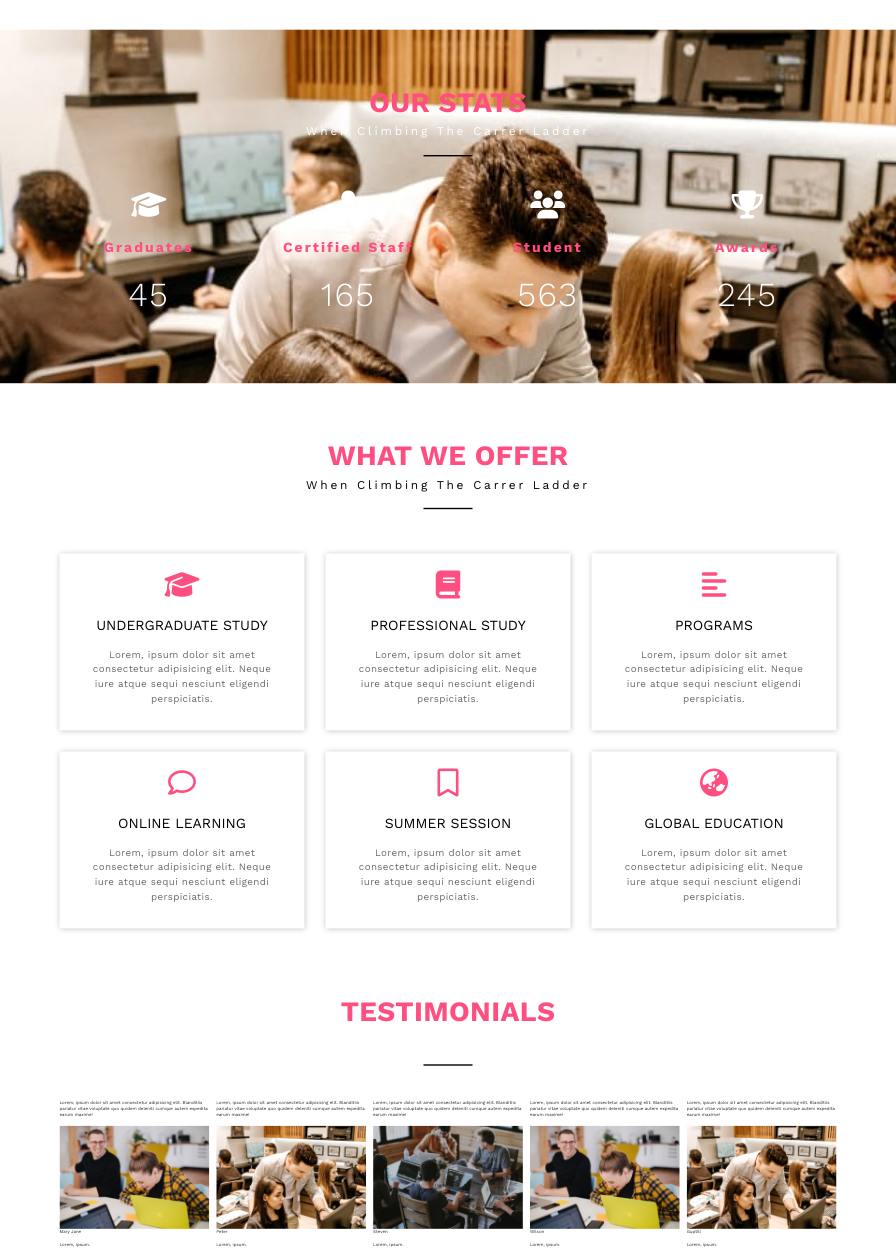
Repository: tudo1611/BC44_BOOTSTRAP_B7_INSTRUCTION_DO-TRUNG-TU
Page: index.html
These files come from the project's save history. The page is drawn as it stood at one moment and after the next save; the edit follows.
The browser window is 1280 px wide. The pictures show the part of the page from y = 1759 to 3679 px (the page is 3553 px tall before and 3679 px after), at 70% of full size.
Backgrounds fixed to the window are drawn as part of the page.

Above is the page before, as saved 2023-01-20 14:20:46.

### index.html
<!DOCTYPE html>
<html lang="en">
  <head>
    <meta charset="UTF-8" />
    <meta http-equiv="X-UA-Compatible" content="IE=edge" />
    <meta name="viewport" content="width=device-width, initial-scale=1.0" />
    <title>Instruction Cyber</title>
    <!-- bs4 css  -->
    <link
      rel="stylesheet"
      href="https://cdn.jsdelivr.net/npm/bootstrap@4.5.3/dist/css/bootstrap.min.css"
      integrity="sha384-TX8t27EcRE3e/ihU7zmQxVncDAy5uIKz4rEkgIXeMed4M0jlfIDPvg6uqKI2xXr2"
      crossorigin="anonymous"
    />
    <!-- font awesome -->
    <link
      rel="stylesheet"
      href="https://cdnjs.cloudflare.com/ajax/libs/font-awesome/6.2.1/css/all.min.css"
      integrity="sha512-MV7K8+y+gLIBoVD59lQIYicR65iaqukzvf/nwasF0nqhPay5w/9lJmVM2hMDcnK1OnMGCdVK+iQrJ7lzPJQd1w=="
      crossorigin="anonymous"
      referrerpolicy="no-referrer"
    />
    <!-- font gg  -->
    <link rel="preconnect" href="https://fonts.googleapis.com" />
    <link rel="preconnect" href="https://fonts.gstatic.com" crossorigin />
    <link
      href="https://fonts.googleapis.com/css2?family=Work+Sans:wght@300;400;700&display=swap"
      rel="stylesheet"
    />
    <!-- owl carousel  -->
    <link rel="stylesheet" href="./css/owl.carousel.min.css" />
    <link rel="stylesheet" href="./css/owl.theme.default.min.css" />
    <!-- main css -->
    <link rel="stylesheet" href="./css/index.css" />
  </head>
  <body>
    <!-- header  -->
    <header>
      <div
        class="header__top d-flex justify-content-between align-items-center py-2 container-fluid"
      >
        <div class="header__left">
          <a href="tel:0961051014" class="text-white mr-4"
            ><i class="fa-solid fa-phone"></i> 096.105.1014</a
          >
          <a href="mailto:info@cybersoft.edu.vn" class="text-white"
            ><i class="fa-regular fa-envelope"></i> info@cybersoft.edu.vn</a
          >
        </div>
        <div class="header__right">
          <a href="#"><i class="fab fa-facebook-f"></i></a>
          <a href="#"><i class="fab fa-twitter"></i></a>
          <a href=""><i class="fab fa-pinterest"></i></a>
          <a href=""><i class="fab fa-linkedin-in"></i></a>
        </div>
      </div>
      <nav class="navInstruction navbar navbar-expand-lg container">
        <a class="navbar-brand text-center" href="#">
          <p class="mb-0"><i class="fa fa-book"></i> INSTRUCTION</p>
          <p class="mb-0">EDUCATION</p>
        </a>
        <button
          class="navbar-toggler"
          type="button"
          data-toggle="collapse"
          data-target="#navbarInstruction"
          aria-controls="navbarNavDropdown"
          aria-expanded="false"
          aria-label="Toggle navigation"
        >
          <i class="fa fa-bars"></i>
        </button>
        <div class="collapse navbar-collapse" id="navbarInstruction">
          <ul class="navbar-nav ml-auto">
            <li class="nav-item active">
              <a class="nav-link" href="#"
                >HOME <span class="sr-only">(current)</span></a
              >
            </li>
            <li class="nav-item">
              <a class="nav-link" href="#">ABOUT</a>
            </li>
            <li class="nav-item">
              <a class="nav-link" href="#">SERVICES</a>
            </li>
            <li class="nav-item">
              <a class="nav-link" href="#">GALLERY</a>
            </li>
            <li class="nav-item dropdown">
              <a
                class="nav-link dropdown-toggle"
                href="#"
                id="navbarDropdownMenuLink"
                role="button"
                data-toggle="dropdown"
                aria-haspopup="true"
                aria-expanded="false"
              >
                PAGES
              </a>
              <div
                class="dropdown-menu"
                aria-labelledby="navbarDropdownMenuLink"
              >
                <a class="dropdown-item" href="#">Codes</a>
                <a class="dropdown-item" href="#">Icons</a>
              </div>
            </li>
            <li class="nav-item">
              <a class="nav-link" href="#">CONTACT</a>
            </li>
          </ul>
        </div>
      </nav>
    </header>
    <!-- carousel -->
    <section class="cyberCarousel">
      <div id="carouselCyber" class="carousel slide" data-ride="carousel">
        <ol class="carousel-indicators">
          <li
            data-target="#carouselCyber"
            data-slide-to="0"
            class="active"
          ></li>
          <li data-target="#carouselCyber" data-slide-to="1"></li>
          <li data-target="#carouselCyber" data-slide-to="2"></li>
        </ol>
        <div class="carousel-inner">
          <div class="carousel-item active">
            <img src="./img/g1.jpg" class="d-block w-100" alt="..." />
            <div class="container carousel-caption d-none d-md-block">
              <h1>Graphic Work Designing.</h1>
              <p>
                Any successful career statrs with good education. Together with
                us you will have deeper knownledge of the subjects
              </p>
              <button class="btn">
                Read More <i class="fa fa-angle-double-right"></i>
              </button>
            </div>
          </div>
          <div class="carousel-item">
            <img src="./img/g2.jpg" class="d-block w-100" alt="..." />
            <div class="container carousel-caption d-none d-md-block">
              <h1>Financial Analyst Course.</h1>
              <p>
                Any successful career statrs with good education. Together with
                us you will have deeper knownledge of the subjects
              </p>
              <button class="btn">
                Read More <i class="fa fa-angle-double-right"></i>
              </button>
            </div>
          </div>
          <div class="carousel-item">
            <img src="./img/g3.jpg" class="d-block w-100" alt="..." />
            <div class="container carousel-caption d-none d-md-block">
              <h1>Digital Marketing Course.</h1>
              <p>
                Any successful career statrs with good education. Together with
                us you will have deeper knownledge of the subjects
              </p>
              <button class="btn">
                Read More <i class="fa fa-angle-double-right"></i>
              </button>
            </div>
          </div>
        </div>
        <a
          class="carousel-control-prev"
          href="#carouselCyber"
          role="button"
          data-slide="prev"
        >
          <span class="carousel-control-prev-icon" aria-hidden="true"></span>
          <span class="sr-only">Previous</span>
        </a>
        <a
          class="carousel-control-next"
          href="#carouselCyber"
          role="button"
          data-slide="next"
        >
          <span class="carousel-control-next-icon" aria-hidden="true"></span>
          <span class="sr-only">Next</span>
        </a>
      </div>
    </section>
    <!-- welcome  -->
    <section class="welcome section">
      <div class="heading">
        <h2>WELCOME TO EDUCATION</h2>
        <p>When Climbing The Carrer Ladder</p>
      </div>
      <div class="welcome__content">
        <p>
          Lorem ipsum dolor sit amet consectetur adipisicing elit. Sed ut eaque
          voluptatem officiis dolorem? Dolore, quia. Id deleniti in tenetur!
        </p>
        <div class="welcome__courses container">
          <div class="row">
            <div class="welcome__col col-4 border border-dark">
              <div class="welcome__item">
                <i class="fa fa-desktop"></i>
                <h3>Design Course</h3>
                <h4>Fashion Design</h4>
                <p>Lorem ipsum dolor sit amet.</p>
                <h4>Interior Design</h4>
                <p>Lorem ipsum dolor sit amet.</p>
                <h4>Graphic Design</h4>
                <p>Lorem ipsum dolor sit amet.</p>
              </div>
            </div>
            <div class="welcome__col col-4 border border-dark">
              <div class="welcome__item">
                <i class="fa fa-arrows-alt"></i>
                <h3>Marketing Course</h3>
                <h4>Facebook Marketing</h4>
                <p>Lorem ipsum dolor sit amet.</p>
                <h4>Youtube Marketing</h4>
                <p>Lorem ipsum dolor sit amet.</p>
                <h4>Twitter Marketing</h4>
                <p>Lorem ipsum dolor sit amet.</p>
              </div>
            </div>
            <div class="welcome__col col-4 border border-dark">
              <div class="welcome__item">
                <i class="fa fa-chart-bar"></i>
                <h3>Financial Course</h3>
                <h4>Complexities Of Banking</h4>
                <p>Lorem ipsum dolor sit amet.</p>
                <h4>Compliance Regulation</h4>
                <p>Lorem ipsum dolor sit amet.</p>
                <h4>Finance Products</h4>
                <p>Lorem ipsum dolor sit amet.</p>
              </div>
            </div>
          </div>
        </div>
      </div>
    </section>
    <!-- our stats  -->
    <section class="ourStats section">
      <div class="heading heading--white">
        <h2>OUR STATS</h2>
        <p>When Climbing The Carrer Ladder</p>
      </div>
      <div class="outStats__content container">
        <div class="row">
          <div class="col-3">
            <div class="ourStats__item">
              <i class="fa fa-graduation-cap"></i>
              <h3>Graduates</h3>
              <p>45</p>
            </div>
          </div>
          <div class="col-3">
            <div class="ourStats__item">
              <i class="fa fa-user"></i>
              <h3>Certified Staff</h3>
              <p>165</p>
            </div>
          </div>
          <div class="col-3">
            <div class="ourStats__item">
              <i class="fa fa-users"></i>
              <h3>Student</h3>
              <p>563</p>
            </div>
          </div>
          <div class="col-3">
            <div class="ourStats__item">
              <i class="fa fa-trophy"></i>
              <h3>Awards</h3>
              <p>245</p>
            </div>
          </div>
        </div>
      </div>
    </section>
    <!-- offer -->
    <section class="offer section">
      <div class="heading">
        <h2>WHAT WE OFFER</h2>
        <p>When Climbing The Carrer Ladder</p>
      </div>
      <div class="offer__content container">
        <div class="row">
          <div class="col-4 offer__col">
            <div class="offer__item">
              <i class="fa fa-graduation-cap"></i>
              <h3>UNDERGRADUATE STUDY</h3>
              <p>
                Lorem, ipsum dolor sit amet consectetur adipisicing elit. Neque
                iure atque sequi nesciunt eligendi perspiciatis.
              </p>
            </div>
          </div>
          <div class="col-4 offer__col">
            <div class="offer__item">
              <i class="fa fa-book"></i>
              <h3>PROFESSIONAL STUDY</h3>
              <p>
                Lorem, ipsum dolor sit amet consectetur adipisicing elit. Neque
                iure atque sequi nesciunt eligendi perspiciatis.
              </p>
            </div>
          </div>
          <div class="col-4 offer__col">
            <div class="offer__item">
              <i class="fa fa-align-left"></i>
              <h3>PROGRAMS</h3>
              <p>
                Lorem, ipsum dolor sit amet consectetur adipisicing elit. Neque
                iure atque sequi nesciunt eligendi perspiciatis.
              </p>
            </div>
          </div>
          <div class="col-4 offer__col">
            <div class="offer__item">
              <i class="fa-regular fa-comment"></i>
              <h3>ONLINE LEARNING</h3>
              <p>
                Lorem, ipsum dolor sit amet consectetur adipisicing elit. Neque
                iure atque sequi nesciunt eligendi perspiciatis.
              </p>
            </div>
          </div>
          <div class="col-4 offer__col">
            <div class="offer__item">
              <i class="fa-regular fa-bookmark"></i>
              <h3>SUMMER SESSION</h3>
              <p>
                Lorem, ipsum dolor sit amet consectetur adipisicing elit. Neque
                iure atque sequi nesciunt eligendi perspiciatis.
              </p>
            </div>
          </div>
          <div class="col-4 offer__col">
            <div class="offer__item">
              <i class="fa fa-globe-asia"></i>
              <h3>GLOBAL EDUCATION</h3>
              <p>
                Lorem, ipsum dolor sit amet consectetur adipisicing elit. Neque
                iure atque sequi nesciunt eligendi perspiciatis.
              </p>
            </div>
          </div>
        </div>
      </div>
    </section>
    <!-- feedback -->
    <section class="feedback">
      <div class="heading heading--white">
        <h2>TESTIMONIALS</h2>
        <p>When Climbing The Carrer Ladder</p>
      </div>
      <div class="container">
        <div class="feedback__content">
          <div class="owl-carousel owl-theme">
            <div class="item">
              <div class="feedback__top">
                <p>Lorem, ipsum dolor sit amet consectetur adipisicing elit. Blanditiis pariatur vitae voluptate quo quidem deleniti cumque autem expedita earum maxime!</p>
              </div>
              <div class="feedback__bottom">
                <img src="./img/g1.jpg" alt="">
                <div class="feedback__name">
                  <p>Mary Jane</p>
                  <p>Lorem, ipsum.</p>
                </div>
              </div>
            </div>
            <div class="item">
              <div class="feedback__top">
                <p>Lorem, ipsum dolor sit amet consectetur adipisicing elit. Blanditiis pariatur vitae voluptate quo quidem deleniti cumque autem expedita earum maxime!</p>
              </div>
              <div class="feedback__bottom">
                <img src="./img/g2.jpg" alt="">
                <div class="feedback__name">
                  <p>Peter</p>
                  <p>Lorem, ipsum.</p>
                </div>
              </div>
            </div>
            <div class="item">
              <div class="feedback__top">
                <p>Lorem, ipsum dolor sit amet consectetur adipisicing elit. Blanditiis pariatur vitae voluptate quo quidem deleniti cumque autem expedita earum maxime!</p>
              </div>
              <div class="feedback__bottom">
                <img src="./img/g3.jpg" alt="">
                <div class="feedback__name">
                  <p>Steven</p>
                  <p>Lorem, ipsum.</p>
                </div>
              </div>
            </div>
            <div class="item">
              <div class="feedback__top">
                <p>Lorem, ipsum dolor sit amet consectetur adipisicing elit. Blanditiis pariatur vitae voluptate quo quidem deleniti cumque autem expedita earum maxime!</p>
              </div>
              <div class="feedback__bottom">
                <img src="./img/g1.jpg" alt="">
                <div class="feedback__name">
                  <p>Wilson</p>
                  <p>Lorem, ipsum.</p>
                </div>
              </div>
            </div>
            <div class="item">
              <div class="feedback__top">
                <p>Lorem, ipsum dolor sit amet consectetur adipisicing elit. Blanditiis pariatur vitae voluptate quo quidem deleniti cumque autem expedita earum maxime!</p>
              </div>
              <div class="feedback__bottom">
                <img src="./img/g2.jpg" alt="">
                <div class="feedback__name">
                  <p>Guptill</p>
                  <p>Lorem, ipsum.</p>
                </div>
              </div>
            </div>

          </div>
        </div>
      </div>
    </section>
    <!-- new -->
    <section class="news"></section>
    <!-- footer  -->
    <footer></footer>

    <!-- thu vien ho tro -->
    <script
      src="https://cdnjs.cloudflare.com/ajax/libs/jquery/3.6.3/jquery.min.js"
      integrity="sha512-STof4xm1wgkfm7heWqFJVn58Hm3EtS31XFaagaa8VMReCXAkQnJZ+jEy8PCC/iT18dFy95WcExNHFTqLyp72eQ=="
      crossorigin="anonymous"
      referrerpolicy="no-referrer"
    ></script>
    <!-- owl js  -->
    <script src="./js/owl.carousel.min.js"></script>
    <script>
      $('.owl-carousel').owlCarousel({
    loop:true,
    margin:10,
    responsive:{
        0:{
            items:1
        },
        600:{
            items:3
        },
        1000:{
            items:5
        }
    }
})
    </script>
    <!-- bs4 js  -->
    <script
      src="https://cdn.jsdelivr.net/npm/bootstrap@4.5.3/dist/js/bootstrap.bundle.min.js"
      integrity="sha384-ho+j7jyWK8fNQe+A12Hb8AhRq26LrZ/JpcUGGOn+Y7RsweNrtN/tE3MoK7ZeZDyx"
      crossorigin="anonymous"
    ></script>
  </body>
</html>

### css/index.css
/* global */
*{
    margin: 0;
    padding: 0;
    box-sizing: border-box;
}

html, body{
    font-family: 'Work Sans', sans-serif;
    font-size: 62.5%;
}
.heading{
    text-align: center;
    margin-bottom: 4.8rem;
}

.heading h2{
    font-size: 4rem;
    color: #ff4f81;
    font-weight: bold;
    letter-spacing: .5px;
}
.heading p{
    font-size: 1.7rem;
    text-transform: capitalize;
    letter-spacing: 0.4rem;
    color: #000;
}
.heading p::after{
    content: "";
    width: 7rem;
    height: 0.2rem;
    background-color: #000;
    display: block;
    margin: 2rem auto;
}
.section{
    padding: 8rem 0;
}
.heading--white p{
    color: #fff;
}

/* header  */
.header__top {
    background-color: #ff4f81;
    font-size: 1.4rem;
}
.header__top a{
    text-decoration: none;
    color: #fff;
    transition: all .5s;
}
.header__left a:hover{
    color: #000 !important;
}
.header__right a{
    display: inline-block;
    text-align: center;
    width: 3rem;
    height: 3rem;
    line-height: 3rem;
    background-color: #000;
    border: 1px solid #000;
    margin-left: 0.25rem;
}
.header__right a:hover{
    background-color: #ff4f81;
    border-color: #fff;
}
.navInstruction a{
    color: #000;
    font-weight: bold;
}
.navInstruction .navbar-brand p:first-child{
    font-size: 3.6rem;

}
.navInstruction .navbar-brand p:first-child i{
    transform: skewX(-10deg);
}
.navInstruction .navbar-brand p:last-child{
    font-size: 1.1rem;
    color: #ff4f81;
    letter-spacing: 0.3rem;
}
#navbarInstruction .nav-link{
    font-size: 1.4rem;font-weight: bold;
    letter-spacing: 1px;
    transition: all .5s;
}
#navbarInstruction .nav-item:hover .nav-link{
    color: #ff4f81;
}
#navbarInstruction .nav-item{
    margin: 0 1.5rem;
}
#navbarInstruction .nav-item:after{
    content: "";
    display: inline-block;
    width: 0%;
    height: 0.2rem;
    background-color: #ff4f81;
    transition: all .5s;
}
#navbarInstruction .nav-item:hover::after{
    width: 100%;
}
#navbarInstruction .nav-item.active .nav-link{
    color: #ff4f81;
}
#navbarInstruction .nav-item.active::after{
    width: 100%;
}
#navbarInstruction .dropdown-menu{
    background-color: rgba(0, 0, 0, 0.6);
    border: 1px solid rgba(0, 0, 0, 0.6);
}
#navbarInstruction .dropdown-item{
    color: #fff;
    transition: all .5s;
}
#navbarInstruction .dropdown-item:focus, #navbarInstruction .dropdown-item:hover {
    background-color: transparent;
    color:#ff4f81;
}

/* carousel  */


#carouselCyber .carousel-caption{
    top: 60%;
    left: 50%;
    transform: translate(-50% , -50%);
}
#carouselCyber .carousel-caption h1{
    font-size: 5.2rem;
}
#carouselCyber .carousel-caption p{
    font-size: 1.6rem;
    font-weight: 300;
    letter-spacing: 0.4rem;
    line-height: 1.8rem;
    width: 70%;
    margin: auto;
    margin-bottom: 2.5rem;
}
#carouselCyber .carousel-caption .btn{
    padding: 1.1rem 2rem;
    color: #fff;
    border: 1px solid #fff;
    border-radius: 0;
    letter-spacing: 0.2rem;
    font-size: 1.4rem;
    transition: all .5s;
}
#carouselCyber .carousel-caption .btn:hover{
    background-color: #ff4f81;
    border-color: #ff4f81;
}
/* welcome  */
.welcome__content>p{
    width: 80%;
    margin: auto;
    text-align: center;
    font-size: 1.5rem;
    line-height: 1.8em;
    color: #999;
    letter-spacing: 1px;
    padding: 1rem 0 5rem;
}
.welcome__item i{
    font-size: 3.2rem;
}
.welcome__item h3{
    color: #ff4f81;
    font-weight: bold;
    font-size: 3rem;
    margin: 1.6rem 0;
}
.welcome__item h4{
    color: #000;
    font-size: 1.6rem;
    font-weight: bold;
    margin: 1.6rem 0 0.32rem;
    text-transform: uppercase;
}
.welcome__item p{
    color: #999;
    font-size: 1.6rem;
    line-height: 1.8em;
    margin: 1rem 0 0;
    letter-spacing: 1px;
}
.welcome__col{
    padding: 3.2rem;
}
/* ourstats  */
.ourStats{
    background-image: url(../img/g2.jpg);
    background-size: cover;
    background-attachment: fixed;
}
.outStats__content{
    text-align: center;
    color: #fff;
}
.outStats__content i{
    font-size: 4rem;
}
.outStats__content h3{
    font-size: 2rem;
    letter-spacing: 3px;
    font-weight: bold;
    margin: 3rem 0 2rem;
    color: #ff4f81;
}
.outStats__content p{
    font-size: 4.8rem;
    letter-spacing: 2px;
    font-weight: 300;
}
/* offer  */
.offer__col{
    padding: 1.5rem;
}
.offer__item{
    padding: 2.5rem 4rem;
    text-align: center;
    background-color: #fff;
    box-shadow: 0px 1px 8px 0px rgba(158, 158, 158, 0.75);
    transition: all .5s;
}
.offer__item:hover{
    background-color: #12ccc3;
}
.offer__item i{
    color: #ff4f81;
    font-size: 4rem;
}
.offer__item h3{
    font-size: 2rem;
    margin: 2.5rem 0 2rem;
    color: #000;
}
.offer__item p{
    font-size: 1.4rem;
    letter-spacing: .5px;
    color: #6b6b6b;
}

Loaded but not shown: css/owl.carousel.min.css (library); css/owl.theme.default.min.css (common file); js/owl.carousel.min.js (library)

After the next save:
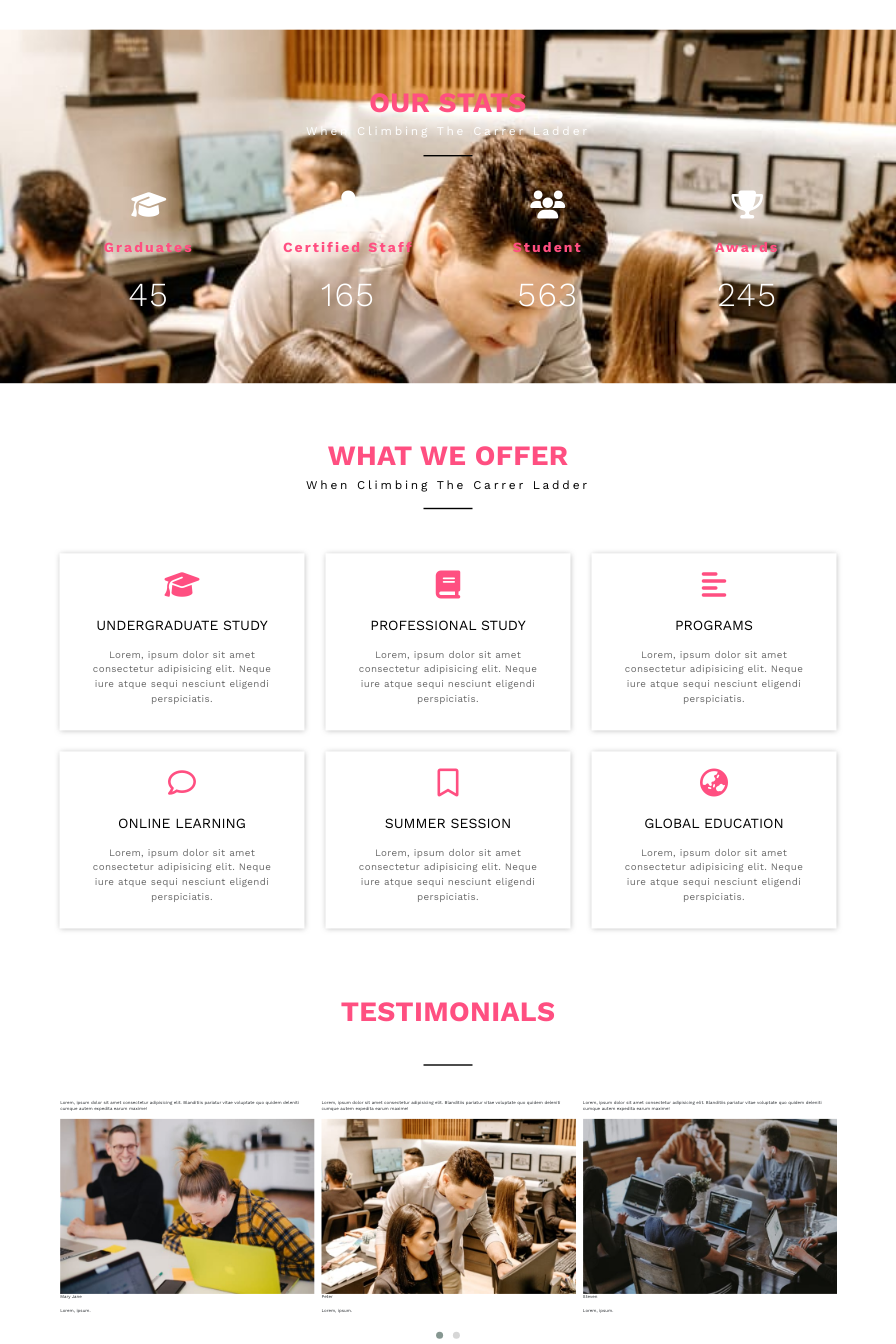
Saved 37 s later.
--- a/index.html
+++ b/index.html
@@ -449,7 +449,7 @@
             items:3
         },
         1000:{
-            items:5
+            items:3
         }
     }
 })
